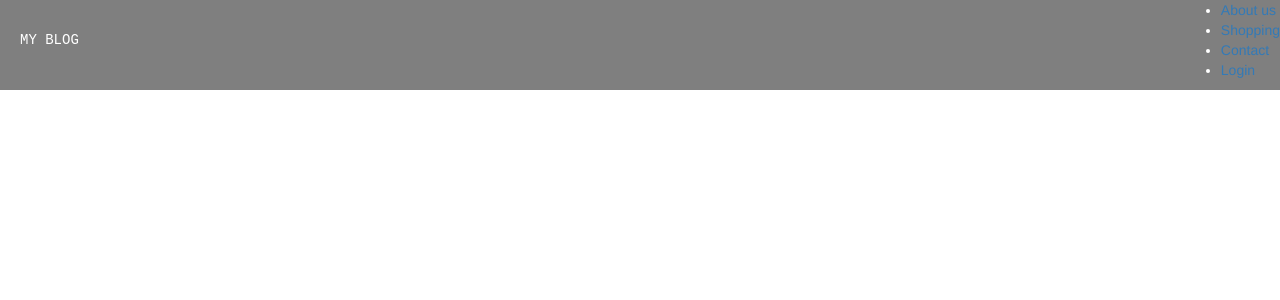
Repository: alikahwaji/HTML-CSS
Page: index.html
The author's editor kept a copy of each file at every save. The page is drawn from the files as they stood at one save, then again after the next save.
The browser window is 1280 px wide. The pictures show the whole page.

Above is the page before, as saved 2019-10-07 13:12:37.

### index.html
<!DOCTYPE html>
  <head>
    <meta charset="utf-8">
    <meta http-equiv="X-UA-Compatible" content="IE=edge">
    <title></title>
    <meta name="description" content="">
    <meta name="viewport" content="width=device-width, initial-scale=1">
    <link rel="stylesheet" href="https://maxcdn.bootstrapcdn.com/bootstrap/3.3.7/css/bootstrap.min.css">
    <link rel="stylesheet" href="./style.css">
  </head>
  <body>
    <header>
      <div>
        <i class="fas fa-atom"></i>
        <p>MY BLOG</p>
      </div>
      <nav>
        <ul>
          <li><a href="#">About us</a></li>
          <li><a href="#">Shopping</a></li>
          <li><a href="#">Contact</a></li>
          <li><a href="#">Login</a></li>
        </ul>
      </nav>
    </header>
    <script src="" async defer></script>
  </body>
</html>

### style.css
header{
  display: flex;
  justify-content: space-between;
  color: white;
  background: rgba(0, 0, 0, 0.5)
}

header div {
  display: flex;
  justify-content: space-between;
  align-items: center;
  font-family: 'Courier New', Courier, monospace;
  margin: 0 2rem;
}

After the next save:
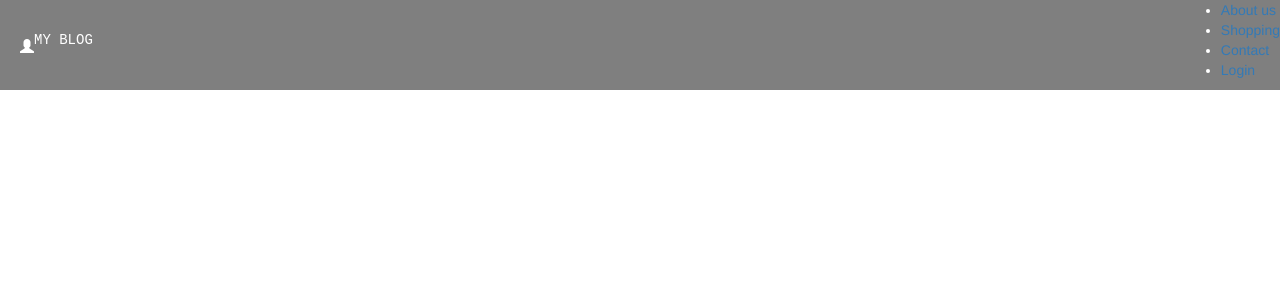
Saved 39 s later.
--- a/index.html
+++ b/index.html
@@ -11,7 +11,7 @@
   <body>
     <header>
       <div>
-        <i class="fas fa-atom"></i>
+        <i class="glyphicon glyphicon-user"></i>
         <p>MY BLOG</p>
       </div>
       <nav>
